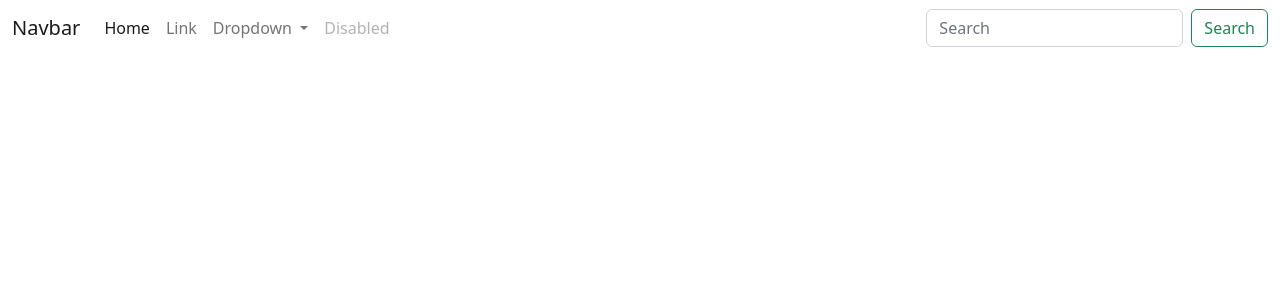
Repository: isaacCodes1/Bootstrap-Nav-Assignment
Page: index.html
These files come from the project's save history. The page is drawn as it stood at one moment and after a run of saves; the edit follows.
The browser window is 1280 px wide. The pictures show the whole page.
Some web libraries are served in a nearby version.

Above is the page before, as saved 2024-03-19 13:11:51.

### index.html
<!DOCTYPE html>
<html lang="en">
  <head>
    <meta charset="UTF-8" />
    <meta name="viewport" content="width=device-width, initial-scale=1.0" />
    <link
      href="https://cdn.jsdelivr.net/npm/bootstrap@5.2.3/dist/css/bootstrap.min.css"
      rel="stylesheet"
      integrity="sha384-rbsA2VBKQhggwzxH7pPCaAqO46MgnOM80zW1RWuH61DGLwZJEdK2Kadq2F9CUG65"
      crossorigin="anonymous"
    />
    <script
      src="https://kit.fontawesome.com/35eb69f0be.js"
      crossorigin="anonymous"
    ></script>
    <link rel="stylesheet" href="/style.css" />
    <title>Bootstrap Assignment</title>
  </head>
  <body>
    <header>
      <nav class="navbar navbar-expand-lg navbar-light bg-transparent">
        <div class="container-fluid">
          <a class="navbar-brand" href="#">Navbar</a>
          <button
            class="navbar-toggler"
            type="button"
            data-bs-toggle="collapse"
            data-bs-target="#navbarSupportedContent"
            aria-controls="navbarSupportedContent"
            aria-expanded="false"
            aria-label="Toggle navigation"
          >
            <span class="navbar-toggler-icon"></span>
          </button>
          <div class="collapse navbar-collapse" id="navbarSupportedContent">
            <ul class="navbar-nav me-auto mb-2 mb-lg-0">
              <li class="nav-item">
                <a class="nav-link active" aria-current="page" href="#">Home</a>
              </li>
              <li class="nav-item">
                <a class="nav-link" href="#">Link</a>
              </li>
              <li class="nav-item dropdown">
                <a
                  class="nav-link dropdown-toggle"
                  href="#"
                  role="button"
                  data-bs-toggle="dropdown"
                  aria-expanded="false"
                >
                  Dropdown
                </a>
                <ul class="dropdown-menu">
                  <li><a class="dropdown-item" href="#">Action</a></li>
                  <li><a class="dropdown-item" href="#">Another action</a></li>
                  <li><hr class="dropdown-divider" /></li>
                  <li>
                    <a class="dropdown-item" href="#">Something else here</a>
                  </li>
                </ul>
              </li>
              <li class="nav-item">
                <a class="nav-link disabled">Disabled</a>
              </li>
            </ul>
            <form class="d-flex" role="search">
              <input
                class="form-control me-2"
                type="search"
                placeholder="Search"
                aria-label="Search"
              />
              <button class="btn btn-outline-success" type="submit">
                Search
              </button>
            </form>
          </div>
        </div>
      </nav>
    </header>
  </body>
  <script
    src="https://cdn.jsdelivr.net/npm/@popperjs/core@2.11.6/dist/umd/popper.min.js"
    integrity="sha384-oBqDVmMz9ATKxIep9tiCxS/Z9fNfEXiDAYTujMAeBAsjFuCZSmKbSSUnQlmh/jp3"
    crossorigin="anonymous"
  ></script>
  <script
    src="https://cdn.jsdelivr.net/npm/bootstrap@5.2.3/dist/js/bootstrap.min.js"
    integrity="sha384-cuYeSxntonz0PPNlHhBs68uyIAVpIIOZZ5JqeqvYYIcEL727kskC66kF92t6Xl2V"
    crossorigin="anonymous"
  ></script>
</html>

Loaded but not shown: style.css (common file)

After the next 4 saves:
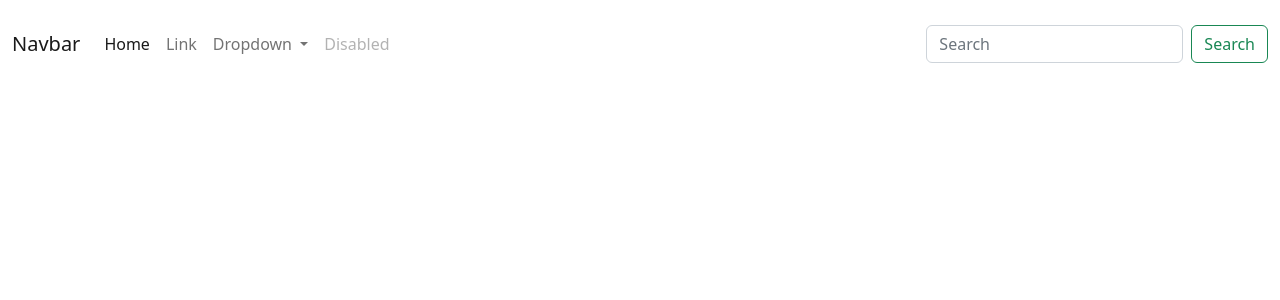
The 4 saves are shown as one change because they came seconds apart.
The last was saved 47 s later.
--- a/index.html
+++ b/index.html
@@ -18,7 +18,7 @@
   </head>
   <body>
     <header>
-      <nav class="navbar navbar-expand-lg navbar-light bg-transparent">
+      <nav class="navbar navbar-expand-lg navbar-light bg-transparent px-0 py-4">
         <div class="container-fluid">
           <a class="navbar-brand" href="#">Navbar</a>
           <button
